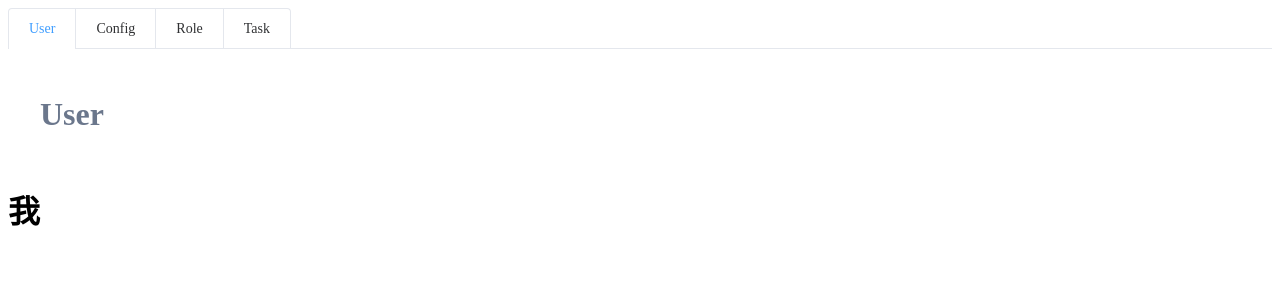
Repository: Heqiong129/Kwai
Page: /#/about
These files come from the project's save history. The page is drawn as it stood at one moment and after the next save; the edit follows.
The browser window is 1280 px wide. The pictures show the whole page.
The project was rebuilt for these pictures with package versions that can differ from the ones it lists, and the page was loaded fresh each time. Also part of the build but not shown: vue.config.js, src/components/HelloWorld.vue, src/views/HomeView.vue.

Above is the page before, as saved 2022-07-04 11:12:24.

### src/main.js
import { createApp } from "vue";
import App from "./App.vue";
import "./registerServiceWorker";
import router from "./router";
import store from "./store";
import elementIcon from "./plugins/icons";

createApp(App).use(store).use(elementIcon).use(router).mount("#app");

### src/App.vue
<template>
  <div>
    <!-- <router-link to="/">首页</router-link> |
    <router-link to="/about">我</router-link> -->
    <el-tabs v-model="activeName" type="card" class="demo-tabs" @tab-click="handleClick">
      <el-tab-pane label="User" name="first">User</el-tab-pane>
      <el-tab-pane label="Config" name="second">Config</el-tab-pane>
      <el-tab-pane label="Role" name="third">Role</el-tab-pane>
      <el-tab-pane label="Task" name="fourth">Task</el-tab-pane>
    </el-tabs>
    <router-view />
  </div>
</template>

<script setup>
import { ref } from 'vue'
import { TabsPaneContext } from 'element-plus'

const activeName = ref('first')

const handleClick = (TabsPaneContext, Event) => {
  console.log(tab, event)
}
</script>

<style>
.demo-tabs>.el-tabs__content {
  padding: 32px;
  color: #6b778c;
  font-size: 32px;
  font-weight: 600;
}
</style>

### src/plugins/icons.js
import * as components from "@element-plus/icons-vue";
export default {
  install: (app) => {
    for (const key in components) {
      const componentConfig = components[key];
      app.component(componentConfig.name, componentConfig);
    }
  },
};

### src/views/AboutView.vue
<template>
  <div class="about">
    <h1>我</h1>
  </div>
</template>

Loaded but not shown: public/index.html (common file); src/registerServiceWorker.js (common file); src/router/index.js (common file); src/store/index.js (common file)

After the next save:
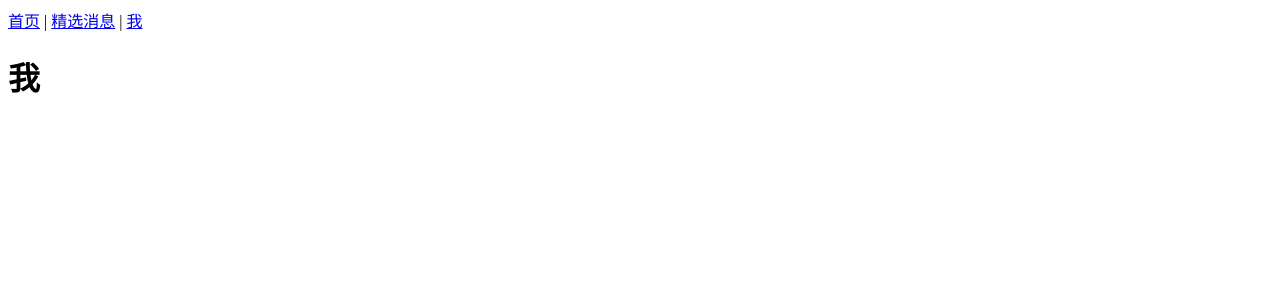
Saved 41 s later.
--- a/src/App.vue
+++ b/src/App.vue
@@ -1,13 +1,9 @@
 <template>
   <div>
-    <!-- <router-link to="/">首页</router-link> |
-    <router-link to="/about">我</router-link> -->
-    <el-tabs v-model="activeName" type="card" class="demo-tabs" @tab-click="handleClick">
-      <el-tab-pane label="User" name="first">User</el-tab-pane>
-      <el-tab-pane label="Config" name="second">Config</el-tab-pane>
-      <el-tab-pane label="Role" name="third">Role</el-tab-pane>
-      <el-tab-pane label="Task" name="fourth">Task</el-tab-pane>
-    </el-tabs>
+    <router-link to="/">首页</router-link> |
+    <router-link to="/about">精选</router-link>
+    <router-link to="/">消息</router-link> |
+    <router-link to="/about">我</router-link>
     <router-view />
   </div>
 </template>
